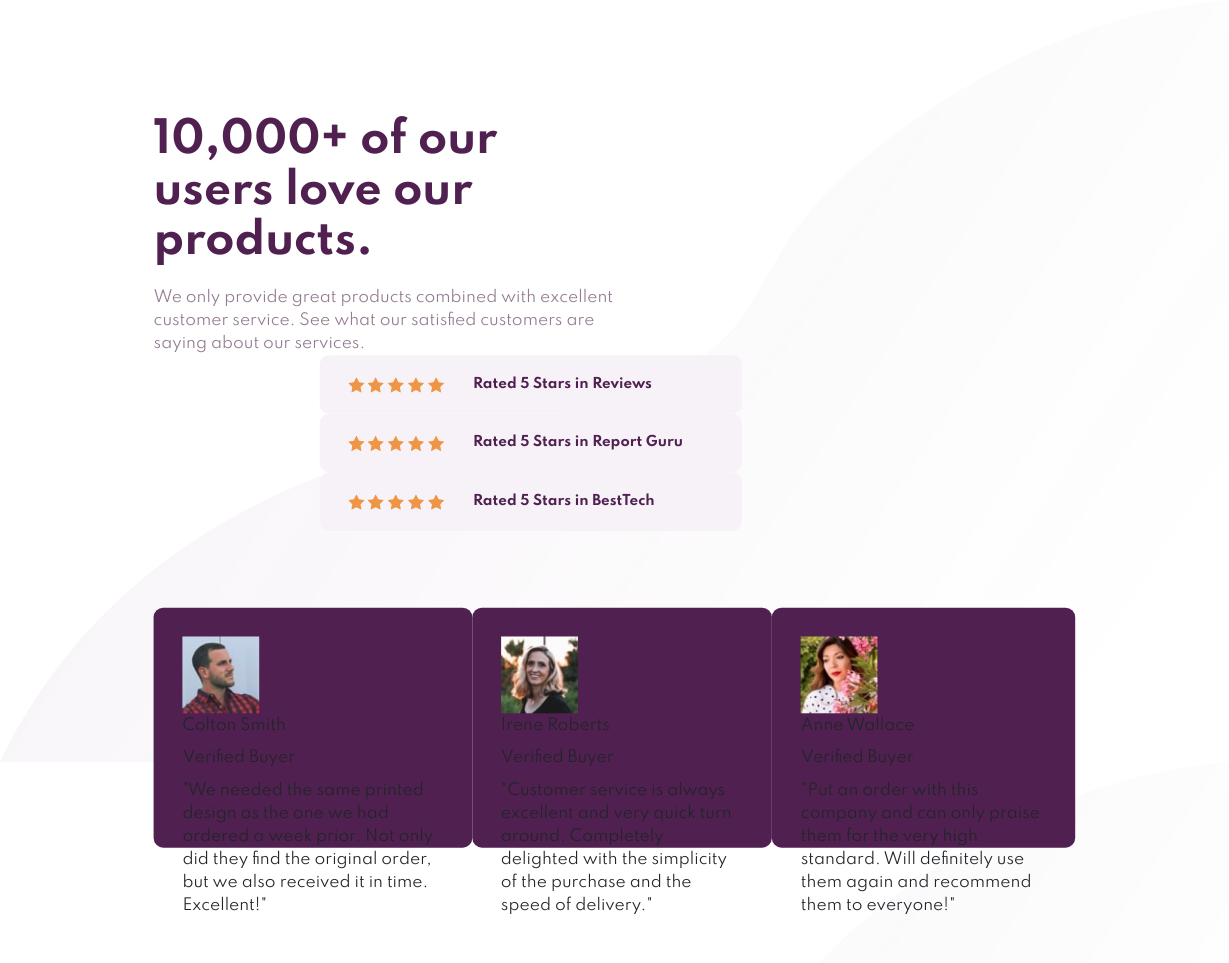
Repository: metehankasapp/social-proof-section-master
Page: index.html
The author's editor kept a copy of each file at every save. The page is drawn from the files as they stood at one save, then again after the next save.
The browser window is 1280 px wide. The pictures show the whole page, at 96% of full size.
Some web libraries are served in a nearby version.

Above is the page before, as saved 2021-12-05 08:29:18.

After the next save:
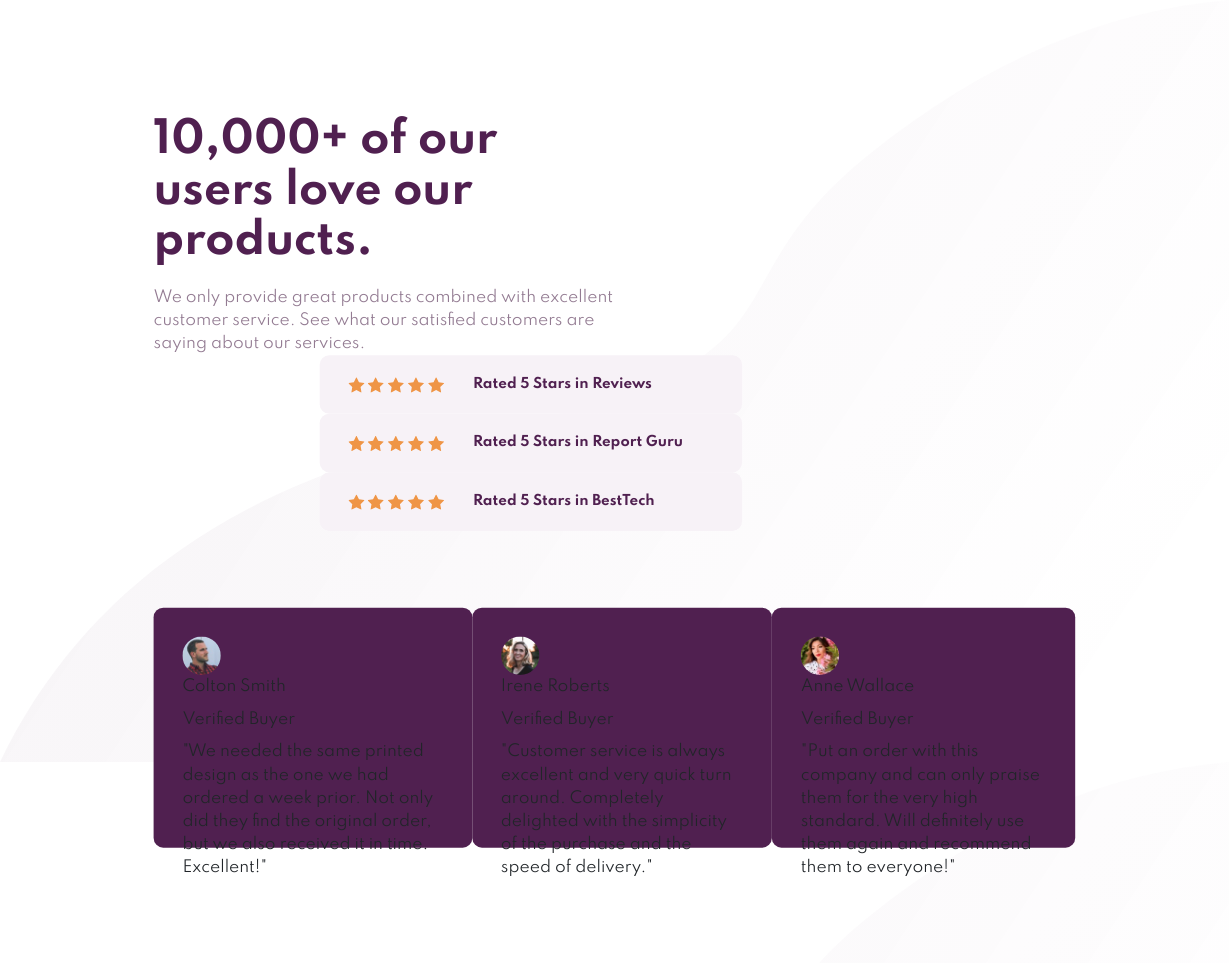
Saved 17 s later.
--- a/style.css
+++ b/style.css
@@ -76,3 +76,7 @@ body{
     max-width: 350px;
     height: 250px;
 }
+.card-item img{
+    border-radius: 50%;
+    width: 40px;
+}
